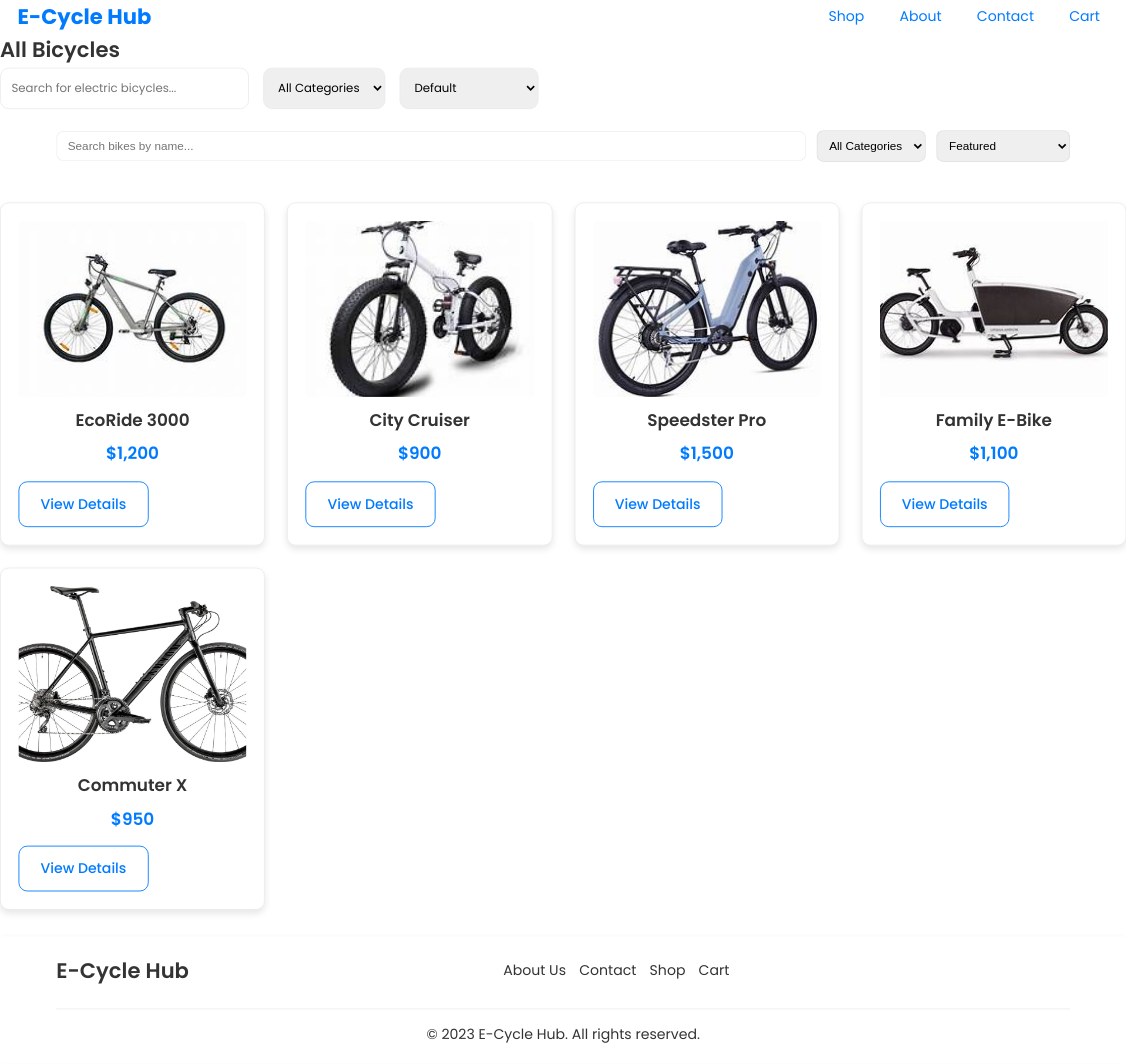
Repository: Rutuja-g/E-Cycle-Hub
Page: public/products.html
These files come from the project's save history. The page is drawn as it stood at one moment and after the next save; the edit follows.
The browser window is 1280 px wide. The pictures show the whole page, at 88% of full size.

Above is the page before, as saved 2025-10-24 15:53:03.
Console error: SyntaxError: Unexpected token 'export'

After the next save:
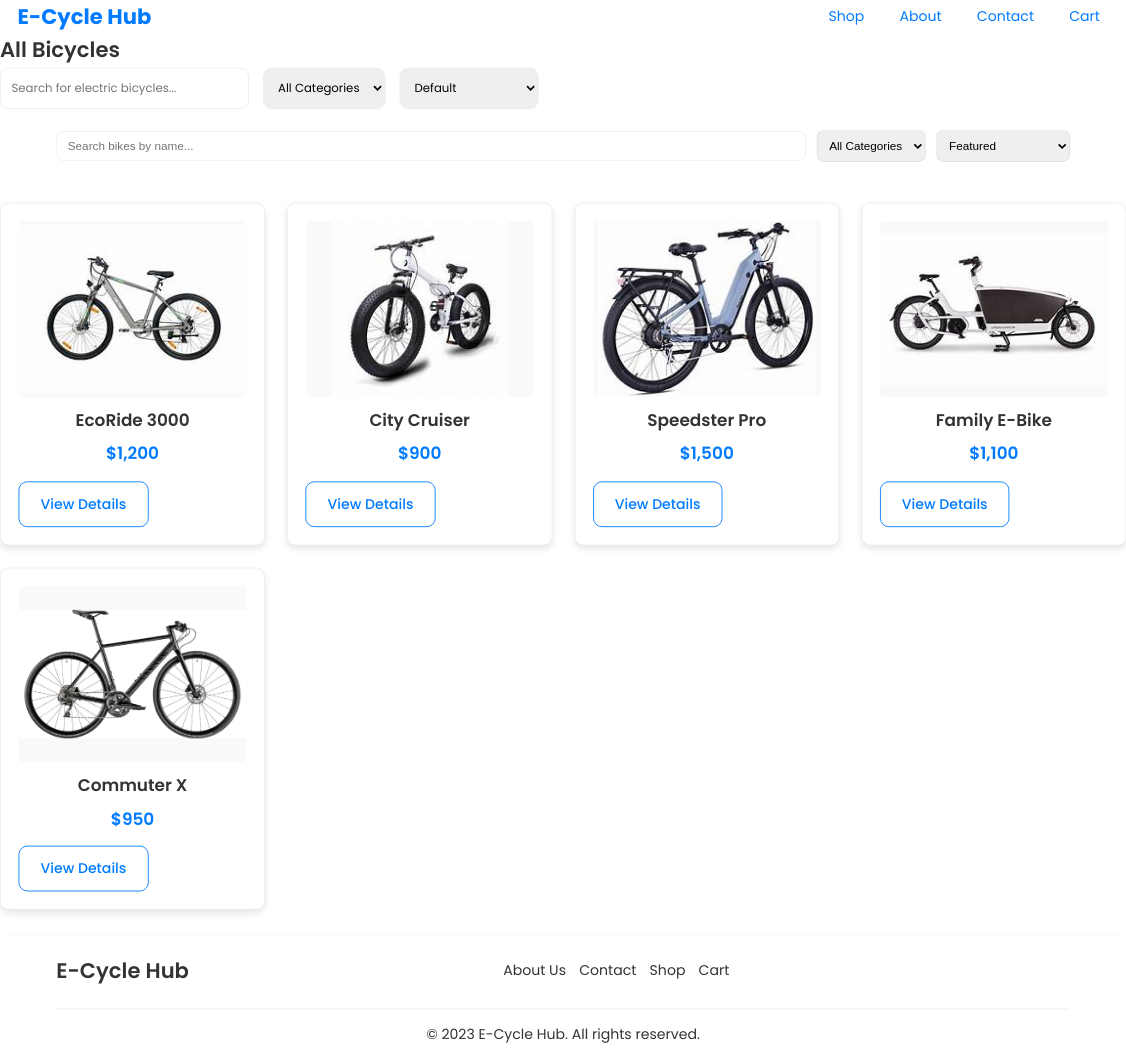
Saved 2 min 20 s later.
--- a/public/css/main.css
+++ b/public/css/main.css
@@ -245,9 +245,10 @@ nav {
 .card img {
   max-width: 100%;
   height: 200px;
-  object-fit: cover;
+  object-fit: contain;
   border-radius: 5px;
   margin-bottom: 15px;
+  background-color: #f8f9fa;
 }
 
 .card .card-body {
